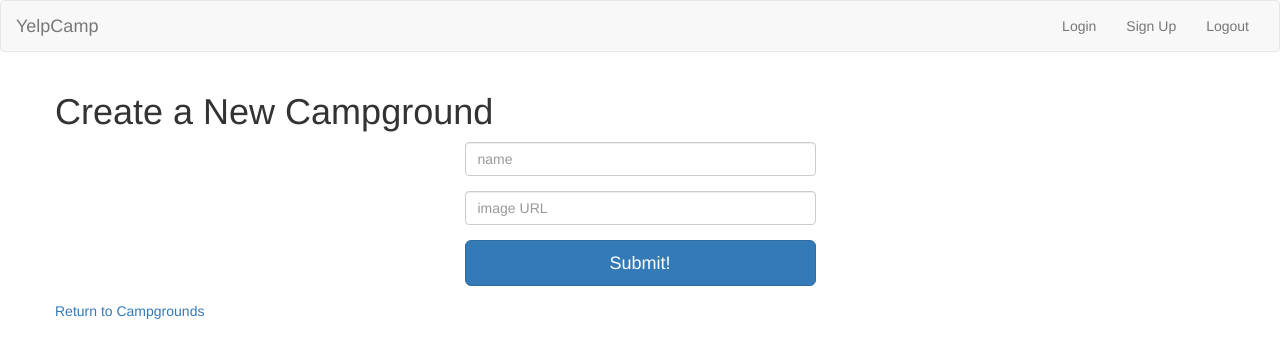
Repository: pdurkin/Web-Dev-Class
Page: http://localhost/campgrounds/new
The author's editor kept a record of every edit. The page is drawn from the files as they stood at one moment, then again after the next edit.
The browser window is 1280 px wide. The pictures show the whole page.
The page is served by the project's Node server (YelpCamp/v1/app.js).

Above is the page before.

### Back End Lessons/YelpCamp/v1/views/new.ejs
<% include partials/header %>

<div class="container">
    <div class="row">
        <h1 style="">Create a New Campground</h1>
        <div style="width: 30%; margin: 0 auto;">
            <form action="/campgrounds" method="POST">
                <div class="form-group">
                    <input class="form-control" type="text" name="name" placeholder="name">
                </div>
                <div class="form-group">
                    <input class="form-control" type="text" name="image" placeholder="image URL">
                </div>
                <div class="form-group">
                    <!-- Bootstrap classes -->
                    <button class="btn btn-default btn-lg btn-primary btn-block">Submit!</button>
                </div>
            </form>
        </div>

        <a href="/campgrounds">Return to Campgrounds</a>
    </div>
</div>

<% include partials/footer %>

### Back End Lessons/YelpCamp/v1/views/partials/header.ejs
<!DOCTYPE html>
<html>
    <head>
        <title>Yelp Camp</title>
        <link rel="stylesheet" href="https://maxcdn.bootstrapcdn.com/bootstrap/3.3.7/css/bootstrap.min.css">
    </head>
    <body>
        <!-- Bootstrap Navbar -->
        <nav class="navbar navbar-default">
            <div class="container-fluid">
                <div class="navbar-header">
                    <a class="navbar-brand" href="/">YelpCamp</a>
                </div>
                <div class="collapse navbar-collapse">
                    <ul class="nav navbar-nav navbar-right">
                        <li><a href="/">Login</a></li>
                        <li><a href="/">Sign Up</a></li>
                        <li><a href="/">Logout</a></li>
                    </ul>
                </div>
            </div>
        </nav>

### Back End Lessons/YelpCamp/v1/app.js
// start packages
var express = require("express");
var app = express();
var bodyParser = require("body-parser");

app.use(bodyParser.urlencoded({exteded:true}));
app.set("view engine", "ejs");

var campgrounds = [
            {name: "Salmon Creek", image: "https://media-cdn.tripadvisor.com/media/photo-s/05/c6/94/80/red-squirrel-campsite.jpg"},
            {name: "Dewey Point", image: "https://msdnshared.blob.core.windows.net/media/MSDNBlogsFS/prod.evol.blogs.msdn.com/CommunityServer.Blogs.Components.WeblogFiles/00/00/01/21/36/2818.IMG_2641.JPG"},
            {name: "Granite Hill", image: "https://upload.wikimedia.org/wikipedia/commons/f/f6/Deep_Lake_tenting_campsite_-_Riding_Mountain_National_Park.JPG"}
        ];

// Landing page
app.get("/", function(req, res){
    res.render("landing");
});

// Display campgrounds
app.get("/campgrounds", function(req, res){
    res.render("campgrounds", {campgrounds:campgrounds});
});

// Adds new campground with form
app.get("/campgrounds/new", function(req, res){
   res.render("new");
});

// Post new campground to campgrounds page
app.post("/campgrounds", function(req, res){
    // get data from form and add to campgrounds array
    var name = req.body.name;
    var image = req.body.image;
    var newCampground = {name: name, image: image};

    // add form submission to campgrounds array
    campgrounds.push(newCampground);

    // redirect back to campgrounds page
    res.redirect("/campgrounds");
});

app.listen(process.env.PORT, process.env.IP, function(){
    console.log("YelpCamp server has started!");
});

Loaded but not shown: Back End Lessons/YelpCamp/v1/views/partials/footer.ejs (common file)

After the next edit:
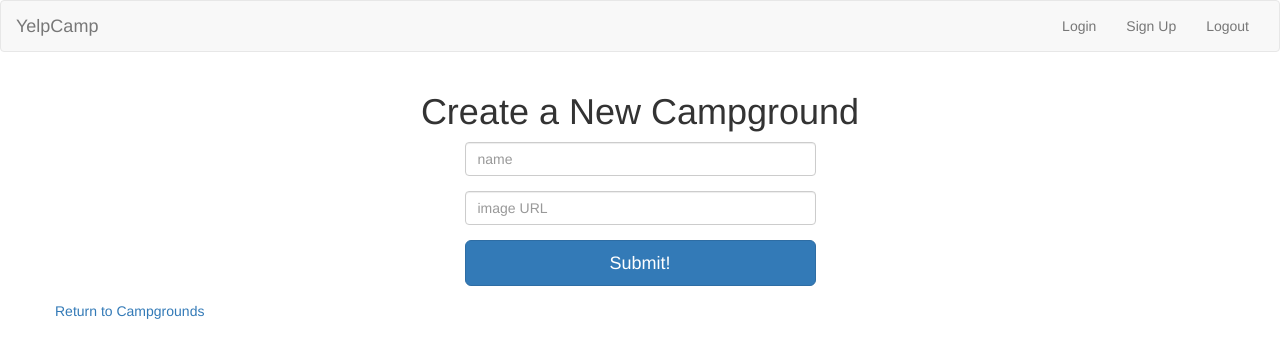
The edit:
--- a/Back End Lessons/YelpCamp/v1/views/new.ejs
+++ b/Back End Lessons/YelpCamp/v1/views/new.ejs
@@ -2,7 +2,7 @@
 
 <div class="container">
     <div class="row">
-        <h1 style="">Create a New Campground</h1>
+        <h1 style="text-align: center;">Create a New Campground</h1>
         <div style="width: 30%; margin: 0 auto;">
             <form action="/campgrounds" method="POST">
                 <div class="form-group">
